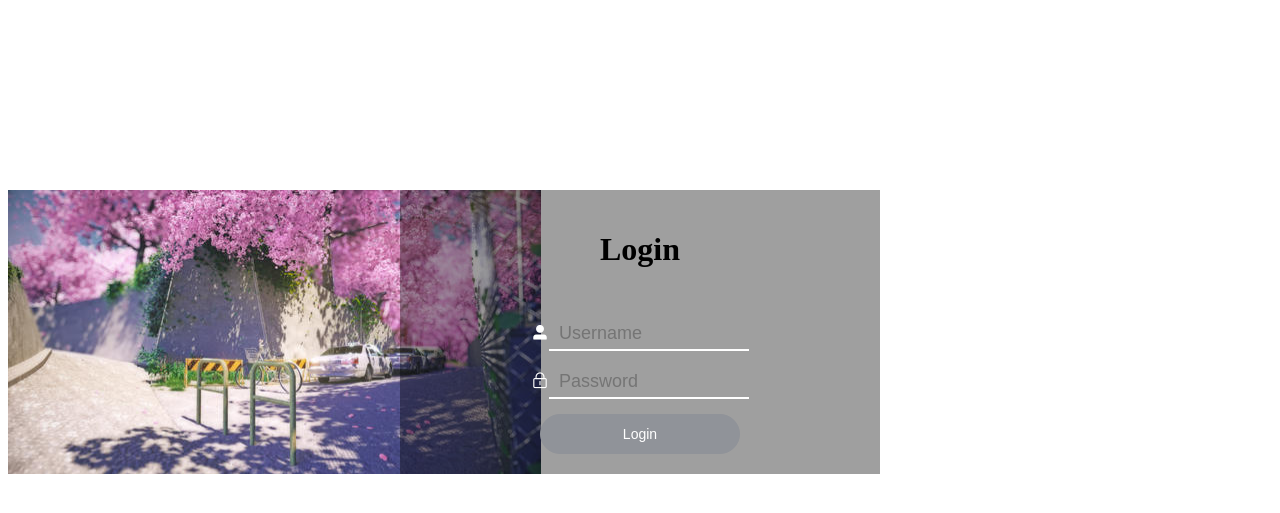
Repository: 951713487/net_shopping
Page: /
These files come from the project's save history. The page is drawn as it stood at one moment and after the next save; the edit follows.
The browser window is 1280 px wide. The pictures show the whole page.
The project was rebuilt for these pictures with package versions that can differ from the ones it lists, and the page was loaded fresh each time.

Above is the page before, as saved 2020-03-17 17:33:50.

### src/App.vue
<template>
  <div id="app">
  <router-view></router-view>
  </div>
</template>

<script>


export default {
  name: 'app'

}
</script>

<style>

</style>

### src/router/index.js
import Vue from 'vue'
import VueRouter from 'vue-router'
import Login from '../components/Login.vue'


Vue.use(VueRouter)



const router = new VueRouter({
  routes:[
    { path: '/' , redirect: '/login' },
    { path: '/login' , component: Login }
  ]
})

export default router

### src/plugins/element.js
import Vue from 'vue'
import { Button, Input } from 'element-ui'

Vue.use(Button)
Vue.use(Input)

### src/components/Login.vue
<template>
  <div class="background">
    <div id="login_box">
      <h1>Login</h1>
      <div class="form">
        <div class="item">
          <i class="el-icon-user-solid"></i>
          <input placeholder="Username" prefix-icon="el-icon-search" type="text" />
        </div>
        <div class="item">
          <i class="el-icon-lock"></i>
          <input placeholder="Password" prefix-icon="el-icon-search" type="password" />
        </div>
      </div>
      <el-button type="info" round>Login</el-button>
    </div>
  </div>
</template>

<script>
export default {
  data() {
    return {};
  }
};
</script>

<style lang="less" scoped>
#login_box {
  width: 30%;
  height: auto;
  border: 1px #000;
  margin: 0 auto;
  margin-top: 15%;
  text-align: center;
  background-color: #00000060;
  padding: 20px 50px;
}

#login_box .form {
  margin-top: 50px;
}
#login_box .form .item {
  margin-top: 15px;
}
#login_box .form .item i {
  font-size: 18px;
  color: #fff;
}
#login_box .form .item input {
  width: 180px;
  font-size: 18px;
  border: 0;
  border-bottom: 2px solid #fff;
  padding: 5px 10px;
  background: #ffffff00;
  color: #fff;
}

#login_box button {
  margin-top: 15px;
  width: 200px;
  height: 30px center;
}
.background{
    background: url(../img/background.jpg);
    background-repeat: no-repeat;

}
</style>

Loaded but not shown: public/index.html (common file); src/main.js (common file)

After the next save:
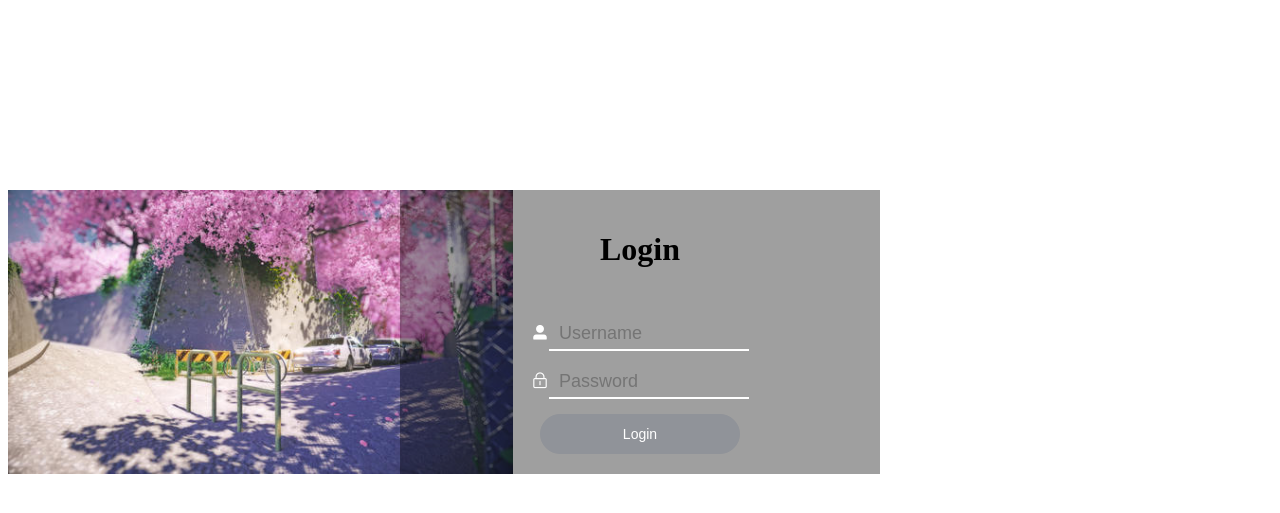
Saved 28 s later.
--- a/src/components/Login.vue
+++ b/src/components/Login.vue
@@ -65,6 +65,6 @@ export default {
 .background{
     background: url(../img/background.jpg);
     background-repeat: no-repeat;
-
+    background-size: auto 100%;
 }
 </style>
